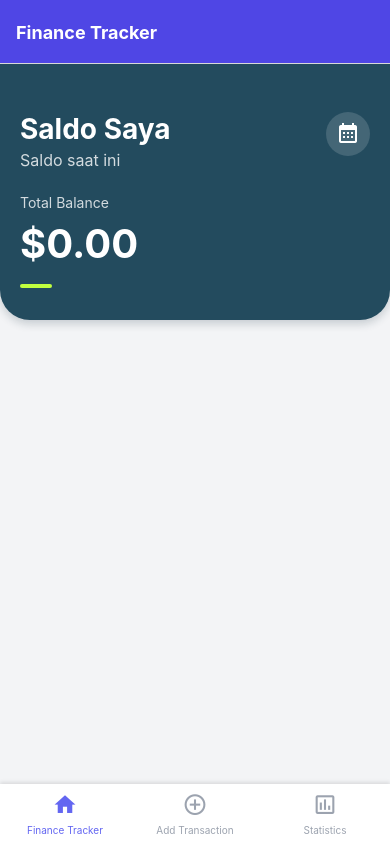
Repository: FarhanAryadi/FinTrack
Screen: /
These files come from the project's save history. The screen is drawn as it stood at one moment and after a run of saves; the edit follows.
The page's requests for data from a server got no answer. The app was drawn by React Native's web renderer in a window 390 px wide. The project was rebuilt for these pictures with package versions that can differ from the ones it lists, and the page was loaded fresh each time. No one was signed in, and anything a server would have sent is missing. Also part of the build but not shown: src/components/common/Button.tsx, src/config.ts, src/services/categoryService.ts, src/components/common/CategoryDropdown.tsx, src/components/common/CurrencyInput.tsx, src/components/common/Input.tsx, src/services/transactionService.ts, src/screens/AddTransactionScreen.tsx and 3 more.

Above is the screen before, as saved 2025-03-06 14:57:21.

After the next 2 saves:
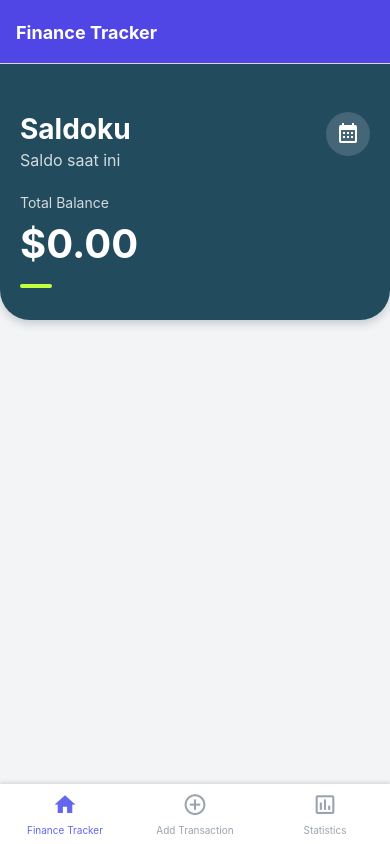
The 2 saves are shown as one change because they came seconds apart.
The last was saved 15 s later.
--- a/src/screens/HomeScreen.tsx
+++ b/src/screens/HomeScreen.tsx
@@ -30,7 +30,7 @@ const HomeScreen: React.FC = () => {
 	return (
 		<View style={styles.container}>
 			<Header
-				title="Saldo Saya"
+				title="Saldoku"
 				subtitle="Saldo saat ini"
 				amount={totalBalance}
 			/>
